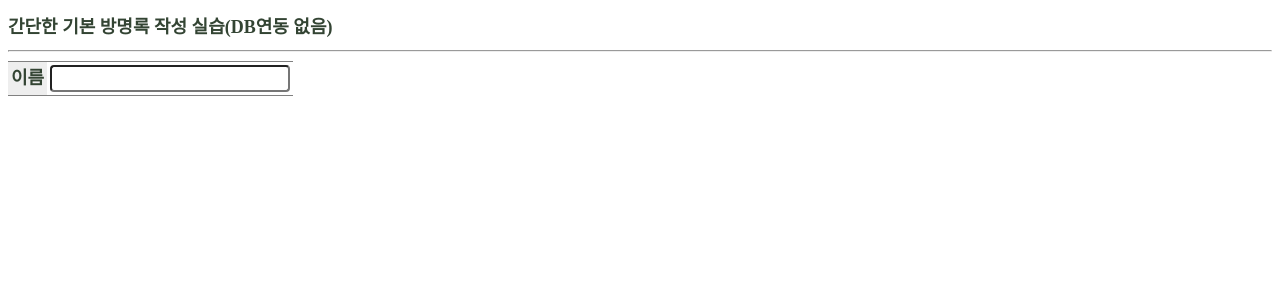
Repository: hyyrim/WebStudy
Page: http://localhost/WebApp17/Guest.jsp
The author's editor kept a copy of each file at every save. The page is drawn from the files as they stood at one save, then again after the next save.
The browser window is 1280 px wide. The pictures show the whole page.
The page is served by Tomcat 9. Other server files are loaded and not shown.

Above is the page before, as saved 2021-05-20 05:42:57.

### WebApp17/WebContent/Guest.jsp
<%@ page contentType="text/html; charset=UTF-8"%>
<!DOCTYPE html>
<html>
<head>
<meta charset="UTF-8">
<title>Guest.jsp</title>
<link rel="stylesheet" type="text/css" href="css/default.css">

</head>
<body>

<div>
	<h1>간단한 기본 방명록 작성 실습(DB연동 없음)</h1>
	<hr>
</div>

<div>
	<form action="Guest_ok.jsp" method="post" name="myForm">
		<table class="table">
			<tr>
				<th>이름</th>
				<td>
					<input type="text" name="userName">
				</td>
			</tr>
		</table>
	</form>
</div>


</body>
</html>

### WebApp17/WebContent/css/default.css
@charset "UTF-8";

*
{
	font-size: 18px;
	color: #343;
	font-family: 맑은 고딕;
	font-weight: bold;
}

input
{
	border-radius: 4px;
}

button:hover
{
	color: orange;
}

.table
{
	border-collapse: collapse;
}

.table th, .table td
{
	border: 1px solid gray;
	border-left: 0px;
	border-right: 0px;

	padding: 3px;
	line-height: 150%;
	text-align: center;
}

.table th
{
	font-weight: bold;
	background-color: #EEE;
}

.btn01
{
	font-size: 10px;
	color: blue;
	width: 45px;
	height: 30px;
}

.btn02
{
	font-size: 10px;
	color: gray;
	width: 45px;
	height: 30px;
}

.btn02:hover
{
	color: gray;
}

.errMsg
{
	font-size: small;
	color: red;
	display: none;
}

.numTh
{
	width: 50px;
}

.nameTh
{
	width: 100px;
}

.telTh
{
	width: 150px;
}

.manageTh
{
	width: 200px;
}

.txtScore
{
	width: 100px;
	text-align: right;
}

After the next save:
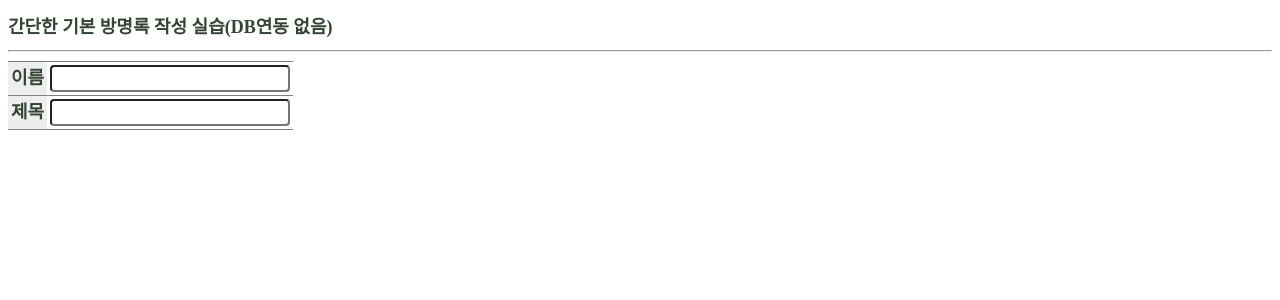
Saved 17 s later.
--- a/WebApp17/WebContent/Guest.jsp
+++ b/WebApp17/WebContent/Guest.jsp
@@ -23,6 +23,12 @@
 					<input type="text" name="userName">
 				</td>
 			</tr>
+			<tr>
+				<th>제목</th>
+				<td>
+					<input type="text" name="subject">
+				</td>
+			</tr>
 		</table>
 	</form>
 </div>
